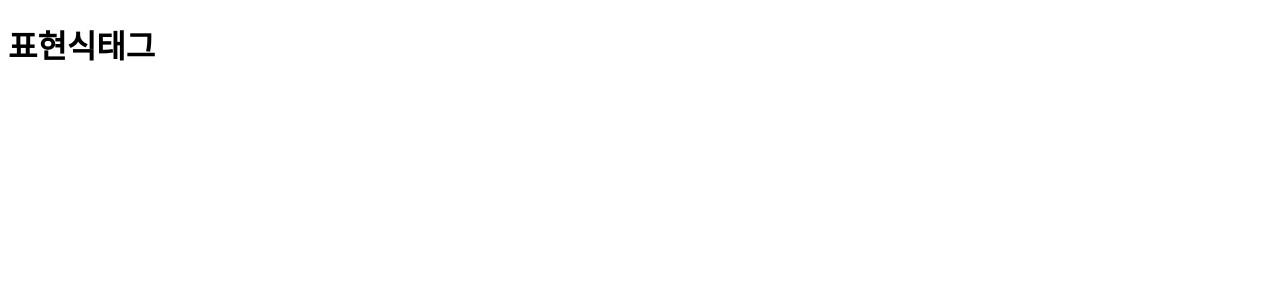
Repository: ParkHyeonju12/servlet
Page: http://localhost/04_jspProject/jsp/expressionTag.jsp
An editor plug-in stored every save of this project. The page is shown before and after the next save, followed by the edit.
The browser window is 1280 px wide. The pictures show the whole page.
The page is served by Tomcat 9.

Above is the page before, as saved 2022-08-30 06:36:35.

### web-workspace/04_jspProject/src/main/webapp/jsp/expressionTag.jsp
<%@ page language="java" contentType="text/html; charset=UTF-8"
    pageEncoding="UTF-8"%>
<!DOCTYPE html>
<html>
<head>
<meta charset="UTF-8">
<title>Insert title here</title>
</head>
<body>
	<h1>표현식태그</h1>
</body>
</html>

After the next save:
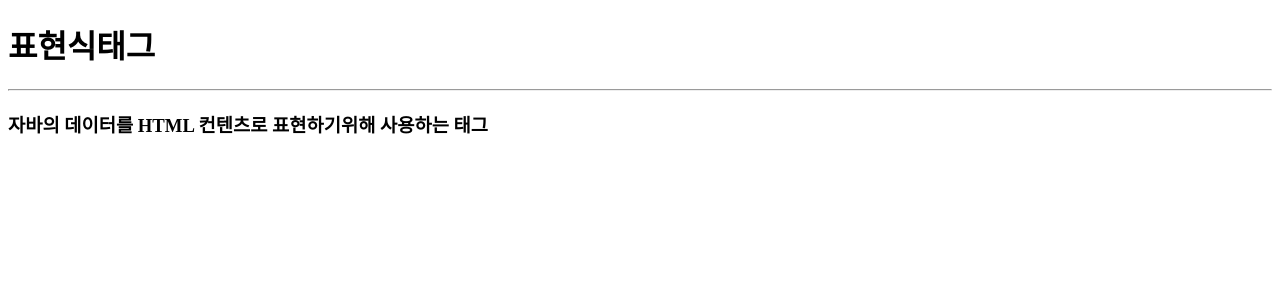
Saved 44 s later.
--- a/web-workspace/04_jspProject/src/main/webapp/jsp/expressionTag.jsp
+++ b/web-workspace/04_jspProject/src/main/webapp/jsp/expressionTag.jsp
@@ -8,5 +8,7 @@
 </head>
 <body>
 	<h1>표현식태그</h1>
+	<hr>
+	<h3>자바의 데이터를 HTML 컨텐츠로 표현하기위해 사용하는 태그</h3>
 </body>
 </html>
